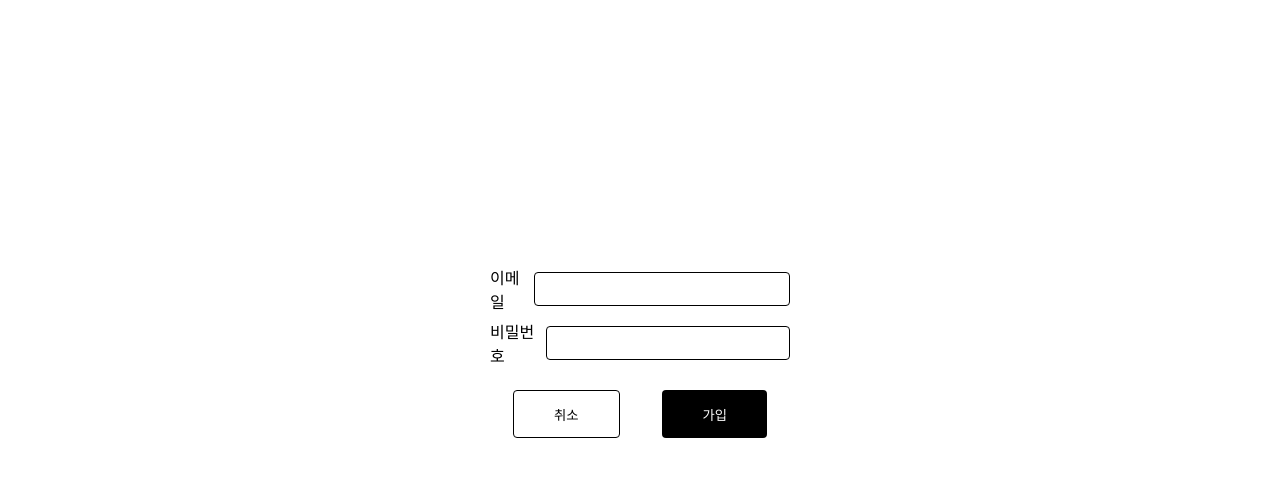
Repository: momo0170/react-shopping
Page: /register
The author's editor kept a copy of each file at every save. The page is drawn from the files as they stood at one save, then again after a run of saves.
The browser window is 1280 px wide. The pictures show the whole page.
The page's requests for data from a server got no answer. Some web fonts or font styles are not loaded; a fallback is used. The project was rebuilt for these pictures with package versions that can differ from the ones it lists, and the page was loaded fresh each time. No one was signed in, and anything a server would have sent is missing. Also part of the build but not shown: src/App.css, src/css/Header.module.css, src/components/Header.jsx, src/App.js, src/router/Products.jsx, src/css/Login.module.css, src/router/Login.jsx.

Above is the page before, as saved 2023-02-22 20:26:23.

After the next 3 saves:
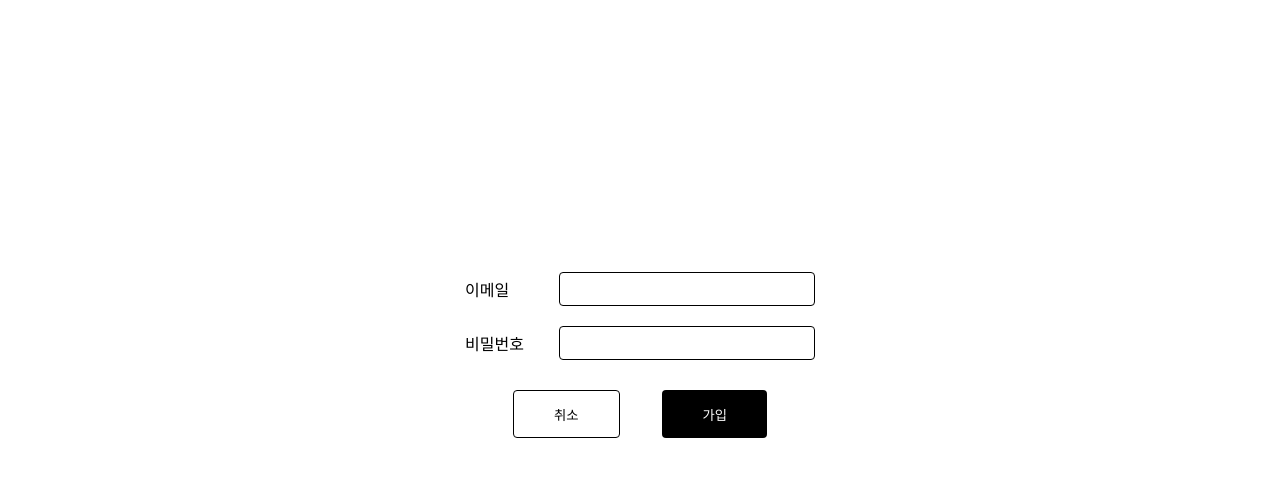
The 3 saves are shown as one change because they came seconds apart.
The last was saved 10 s later.
--- a/src/css/Register.module.css
+++ b/src/css/Register.module.css
@@ -3,14 +3,14 @@
   flex-direction: column;
   justify-content: center;
   align-items: center;
-  width: 600px;
+  width: 500px;
   height: 100vh;
   margin: 0 auto;
 }
 
 .email,
 .password {
-  width: 300px;
+  width: 350px;
   display: flex;
   justify-content: space-between;
   align-items: center;
